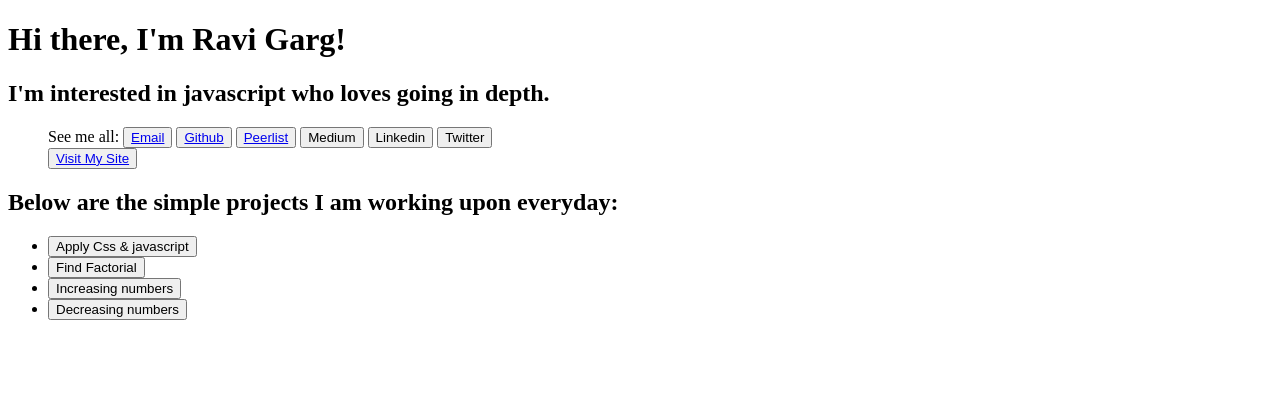
Repository: ravigarg001/musafir
Page: index.html
These files come from the project's save history. The page is drawn as it stood at one moment and after a run of saves; the edit follows.
The browser window is 1280 px wide. The pictures show the whole page.

Above is the page before, as saved 2022-05-02 23:36:21.

### index.html
<!DOCTYPE html>
<html>
<head>
<title>Ravi Garg</title>
<!-- <link href="index.css" rel="stylesheet" type="text/css"></link> -->
<script src="index.js"></script>
</head>

<body>
<div class="about" >
    <h1>Hi there, I'm Ravi Garg!</h1>
    <h2>I'm interested in javascript who loves going in depth.</h2>
    <!-- <p> <a id="more" href="/about">Read more about my life...</a></p> -->
</div>

<footer>
<ul>
<label>See me all: </label>
  <button><a href="mailto:ravigarg.connect@gmail.com">Email</a></button>
  <button><a href="https://github.com/ravigarg001" target="_blank">Github</a></button>
  <button><a href="https://peerlist.io/ravigarg" target="_blank">Peerlist</a></button>
  <button><a>Medium</a></button>
  <button><a>Linkedin</a></button>
  <button><a>Twitter</a></button><br>
  <button><a href="https://Musafir.tech/">Visit My Site</a></button>
</ul>
</footer>
<h2
<h2>Below are the simple projects I am working upon everyday:</h2>
<ul class="projects">
  <li><button class="cssAdder" onclick="addCssAndJs()">Apply Css & javascript</button></li>
  <li><button onclick="inputNumber()">Find Factorial</button></li>
  <li><button onclick="inputNumber1()">Increasing numbers </button></li>
  <li><button onclick="inputNumber2()">Decreasing numbers</button></li>
</ul>
</footer>

</body>
<!-- <script src="Recursion/recursiveFactorial.js"></script> -->
<!-- <script src="Recursion/increasing_order.js"></script> -->

</html>

### index.js
function addCssAndJs(){
    let link = document.createElement('link');
    link.rel = 'stylesheet';
    link.type = 'text/css';
    link.href = 'index.css';
    document.head.appendChild(link);

    function addNewJsFile(fileLocation){
        let script = document.createElement('script');
        document.head.appendChild(script);
        script.src = fileLocation;
    }

    addNewJsFile('Recursion/decreasing_order.js');
    addNewJsFile('Recursion/increasing_order.js');
    addNewJsFile('Recursion/recursiveFactorial.js');

}
/*1. call addNewJsFile(put location of the js file here) */

After the next 4 saves:
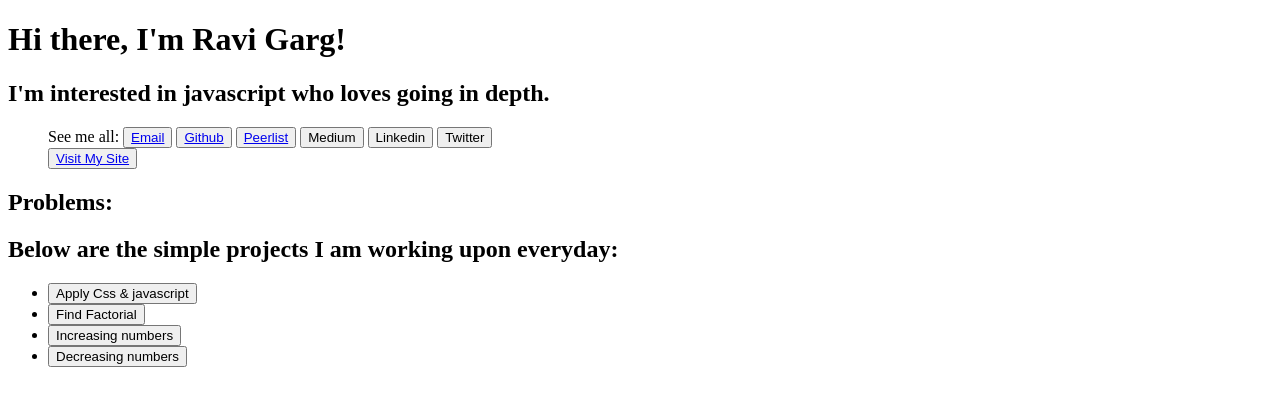
The 4 saves are shown as one change because they came seconds apart.
The last was saved 11 s later.
--- a/index.html
+++ b/index.html
@@ -25,7 +25,8 @@
   <button><a href="https://Musafir.tech/">Visit My Site</a></button>
 </ul>
 </footer>
-<h2
+<h2>Problems:</h2>
+<p></p>
 <h2>Below are the simple projects I am working upon everyday:</h2>
 <ul class="projects">
   <li><button class="cssAdder" onclick="addCssAndJs()">Apply Css & javascript</button></li>
